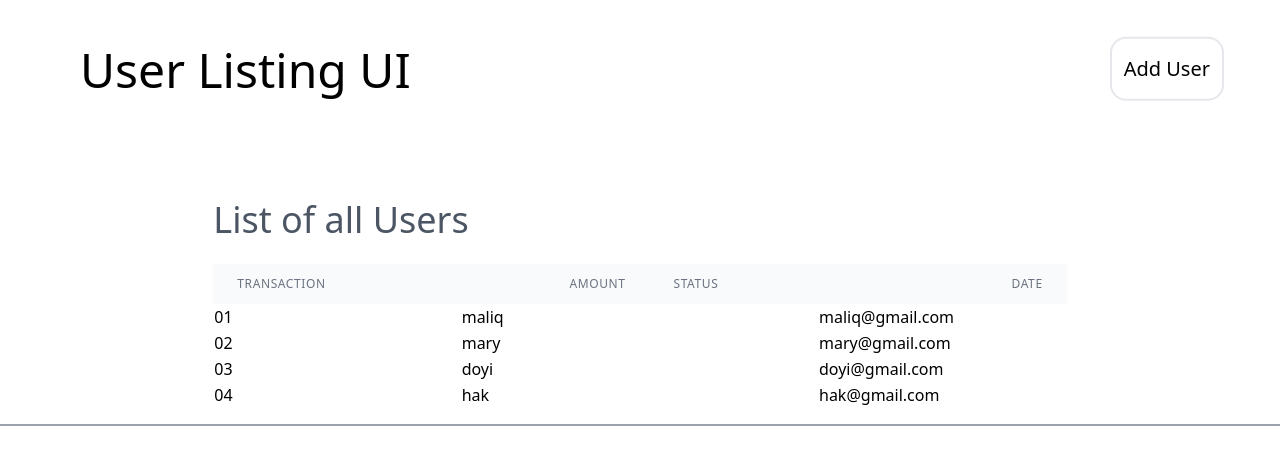
Repository: Marlstergo/listings
Page: / (app in client/)
An editor plug-in stored every save of this project. The page is shown before and after the next save, followed by the edit.
The browser window is 1280 px wide. The pictures show the whole page.
The project was rebuilt for these pictures with package versions that can differ from the ones it lists, and the page was loaded fresh each time. Also part of the build but not shown: client/craco.config.js, client/src/components/Loader.js, client/src/components/Order.js, client/src/components/Modal.js. Imported but missing from the stored project, and not drawn on this page: client/src/components/Base, client/src/components/Toppings.

Above is the page before, as saved 2021-07-21 09:35:39.

### client/src/index.js
/* eslint-disable no-unused-vars */
import React from "react";
import ReactDOM from "react-dom";
import "./index.css";
import App from "./App";
import reportWebVitals from "./reportWebVitals";
import { BrowserRouter } from "react-router-dom";
import { Provider } from "react-redux";
import { store } from "./redux/store";
import { PersistGate } from "redux-persist/integration/react";
import { persistor } from "./redux/store";

ReactDOM.render(
  <React.StrictMode>
    <Provider store={store}>
      <BrowserRouter>
        <PersistGate persistor={persistor}>
          <App />
        </PersistGate>
      </BrowserRouter>
    </Provider>
  </React.StrictMode>,
  document.getElementById("root")
);

// If you want to start measuring performance in your app, pass a function
// to log results (for example: reportWebVitals(console.log))
// or send to an analytics endpoint. Learn more: https://bit.ly/CRA-vitals
reportWebVitals();

### client/src/App.js
import React, { useState } from 'react';
import { Route, Switch, useLocation } from "react-router-dom";
import Header from './components/Header';
import Home from './components/Home';
import Base from './components/Base';
import Toppings from './components/Toppings';
import Order from './components/Order';
import Modal from './components/Modal';
import { AnimatePresence } from 'framer-motion';

function App() {
  const location = useLocation();
  const showModal = true;

  return (
    <>
      <Header />
      {/* <Modal showModal={showModal} /> */}
      <AnimatePresence exitBeforeEnter>
        <Switch location={location} key={location.key}>
          <Route path="/">
            <Home />
          </Route>
          <Route path="/createUpdateUser">
            <Toppings />
          </Route>
          <Route path="/order">
            <Order />
          </Route>
          <Route path="/">
            <Home />
          </Route>
        </Switch>
      </AnimatePresence>

    </>
  );
}

export default App;

### client/src/redux/store.js
import { createStore, applyMiddleware } from "redux";
import { logger } from 'redux-logger';
import {persistStore} from 'redux-persist';
// import thunk from 'redux-thunk'
import createSagaMiddleware from 'redux-saga'

import rootSaga from './root-sagas'

import rootReducer from './root-reducer';

const sagaMiddleware = createSagaMiddleware()

const middleware = [sagaMiddleware];

if( process.env.NODE_ENV === 'development'){
    middleware.push(logger)
}

export const store = createStore(rootReducer, applyMiddleware(...middleware))

sagaMiddleware.run(rootSaga)

export const persistor = persistStore(store)

export default (store, persistor);

### client/src/components/Header.js
import React from "react";
import { motion } from "framer-motion";

const svgVariants = {
  hidden: { rotate: -180 },
  visible: {
    rotate: 0,
    transition: { duration: 1 },
  },
};

const pathVariants = {
  hidden: {
    opacity: 0,
    pathLength: 0,
  },
  visible: {
    opacity: 1,
    pathLength: 1,
    transition: {
      duration: 2,
      ease: "easeInOut",
    },
  },
};

const buttonVariants = {
  show: {
    y: [0, -20],
    x: 0,
    textShadow: "0px 0px 8px rgb(255,255,255)",
    boxShadow: "0px 0px 8px rgb(255,255,255)",
    transition: {
      duration: 0.3,
      yoyo: Infinity,
      ease: 'easeOut'
    },
  },
};

const Header = () => {
  return (
    <header className="flex p-14 w-screen justify-between  items-center">
      {/* <motion.div
        className="logo"
        drag
        dragConstraints={{ left: 0, top: 0, right: 0, bottom: 0 }}
        dragElastic={0.7}
      >

      </motion.div> */}
      <motion.div
        className=" flex justify-between w-full ml-6 text-xs"
        initial={{ y: -250 }}
        animate={{ y: -10 }}
        transition={{ delay: 0.2, type: "spring", stiffness: 120 }}
      >
        <h1 className=" pb-4 text-5xl">User Listing UI</h1>
        <motion.button variants={buttonVariants} whileHover="hover"
        animate="show"
        className="text-xl border-2 px-3 rounded-2xl"
        >
          Add User
        </motion.button>
      </motion.div>
    </header>
  );
};

export default Header;

### client/src/components/Home.js
import React from "react";
import { Link } from "react-router-dom";
import { motion } from "framer-motion";
import Loader from "./Loader";
import UserRow from "./UserRow";



const containerVariants = {
  hidden: {
    opacity: 0,
  },
  visible: {
    opacity: 1,
    transition: { delay: 1.5, duration: 1.5 },
  },
  exit: {
    x: "-100vh",
    transition: { ease: "easeInOut" },
  },
};
const buttonVariants = {
  hover: {
    scale: 1.1,
    textShadow: "0px 0px 8px rgb(255,255,255)",
    boxShadow: "0px 0px 8px rgb(255,255,255)",
    transition: {
      duration: 0.3,
      yoyo: Infinity
    }
  }
}
const users = [
  {
    id: '01',
    name: "maliq",
    email: "maliq@gmail.com",
    phone: '08032494874'
  },
  {
    id: '02',
    name: "mary",
    email: "mary@gmail.com",
    phone: '08032494874'
  },
  {
    id: '03',
    name: "doyi",
    email: "doyi@gmail.com",
    phone: '08032494874'
  },
  {
    id: '04',
    name: "hak",
    email: "hak@gmail.com",
    phone: '08032494874'
  },
];
const Home = () => {
  return (
    <motion.div
      className="  pb-4 mb-4 border-b-2 border-gray-400 flex flex-col items-center"
      variants={containerVariants}
      initial="hidden"
      animate="visible"
      exit="exit"
    >
      <div className="w-2/3 ">
        <h1 className="text-gray-600 py-6 text-4xl">List of all Users</h1>

        <table className="min-w-full divide-y divide-gray-200">
          <thead>
            <tr>
              <th className="px-6 py-3 bg-gray-50 text-left text-xs font-medium text-gray-500 uppercase tracking-wider">
                Transaction
              </th>
              <th className="px-6 py-3 bg-gray-50 text-right text-xs font-medium text-gray-500 uppercase tracking-wider">
                Amount
              </th>
              <th className=" px-6 py-3 bg-gray-50 text-left text-xs font-medium text-gray-500 uppercase tracking-wider">
                Status
              </th>
              <th className="px-6 py-3 bg-gray-50 text-right text-xs font-medium text-gray-500 uppercase tracking-wider">
                Date
              </th>
            </tr>
            {
              users.map((user) =>(
                <UserRow name={user.name} id={user.id} email={user.email} number={user.phone} />
              ))
            }
          </thead>
        </table>
      </div>
    </motion.div>
  );
};

export default Home;

### client/src/redux/root-sagas.js
import {all, call} from 'redux-saga/effects'
import {userSagas} from './user/user.sagas'


export default function* rootSaga(){
    yield all([
        call(userSagas),
    ])
}

### client/src/redux/root-reducer.js
import {combineReducers} from 'redux'
import userReducer from './user/user.reducer'
// import cartReducer from './cart/cart.reducer'
import {persistReducer} from 'redux-persist'
import storage from 'redux-persist/lib/storage'
// import directoryReducer from './directory/directory.reducer'
// import shopReducer from './shop/shop.reducer'

const persistConfig ={
    key: 'root',
    storage,
    whitelist: ['' ]
}
const rootReducer = combineReducers({
    user: userReducer,

})
export default persistReducer(persistConfig, rootReducer)

### client/src/components/UserRow.jsx
import React from "react";

const UserRow = ({id, name, phone, email}) => {
  console.log(phone)
  return (
    <tr>
      <td>{id}</td>
      <td>{name}</td>
      <td>{phone}</td>
      <td>{email}</td>
    </tr>
  );
};

export default UserRow;

### client/src/redux/user/user.sagas.js
import { all, call, put, takeLatest } from "redux-saga/effects";

import UserActionTypes from "./user.types";
import { loadUserDetail } from "./user.action";
// import axios from "axios";
// import { getUserDetailsURL } from "../../components/stringConstants";

export function* getDetails() {
  yield console.log("i fired");

  // try {
  //   console.log("inside try");

  //   const res = yield axios.get(getUserDetailsURL);
  //   const data = yield res.data;
  //   console.log(res);
  //   yield put(loadUserDetail(data ? data.data[0] : {}));
  // } catch (err) {
  //   console.log(err.response);
  //   if (err.response && err.response.statusText === "Not Found") {
  //     // console.log("");
  //     window.location.href = "/profile/settings?newUser=0837";
  //   }
  // }
}

export function* getUserDetails() {
  yield takeLatest(UserActionTypes.GET_USER_DETAIL, getDetails);
}
// export function* loadUserDetails(){
//     yield takeLatest(UserActionTypes.LOAD_USER_DETAIL, loadDetails)
// }

export function* userSagas() {
  yield all([call(getUserDetails)]);
}

### client/src/redux/user/user.reducer.js
import UserActionTypes from "./user.types";
const INITIAL_STATE = {
  // currentUser: null,
  userDetail: {},
  demo: 'i am demo',
  location: null

};
const userReducer = (state = INITIAL_STATE, action) => {
  switch (action.type) {

    case UserActionTypes.LOAD_USER_DETAIL:
      return {
        ...state,
        userDetail: action.payload,
      };

    case UserActionTypes.COLLECT_GEOLOCATION:
      return {
        ...state,
        location: action.payload
      }
    default:
      return state;
  }
};

export default userReducer;

### client/src/redux/user/user.types.js
const UserActionTypes ={
    GOOGLE_SIGN_IN_START : 'GOOGLE_SIGN_IN_START',
    SIGN_IN_SUCCESS : 'SIGN_IN_SUCCESS',
    SIGN_IN_FAILURE : 'SIGN_IN_FAILURE',
    GET_USER_DETAIL: 'GET_USER_DETAIL',
    LOAD_USER_DETAIL: 'LOAD_USER_DETAIL',
    COLLECT_GEOLOCATION: 'COLLECT_GEOLOCATION',
    FETCH_GEOLOCATION: 'FETCH_GEOLOCATION'
}
export default UserActionTypes;

### client/src/redux/user/user.action.js
import UserActionTypes from './user.types'



// export const googleSignInStart = () => ({
//     type: UserActionTypes.GOOGLE_SIGN_IN_START
// })

// export const signInSuccess = (user) => ({
//     type: UserActionTypes.SIGN_IN_SUCCESS,
//     payload: user
// })

export const getUserDetail = () => ({
    type: UserActionTypes.GET_USER_DETAIL,

})
export const loadUserDetail = (details) => ({
    type: UserActionTypes.LOAD_USER_DETAIL,
    payload: details
})

export const fetchGeoloction = () => ({
    type: UserActionTypes.FETCH_GEOLOCATION
})
export const collectGeolocation = (location) => ({
    type: UserActionTypes.COLLECT_GEOLOCATION,
    payload: location
})
// })

### client/tailwind.config.js
  // tailwind.config.js
  module.exports = {
    // mode:'jit',
    purge: ['./src/**/*.{js,jsx,ts,tsx}', './public/index.html'],
     darkMode: false, // or 'media' or 'class'
     theme: {
       extend: {},
     },
     variants: {
       extend: {},
     },
     plugins: [],
   }

Loaded but not shown: client/public/index.html (common file); client/src/index.css (common file); client/src/reportWebVitals.js (common file)

After the next save:
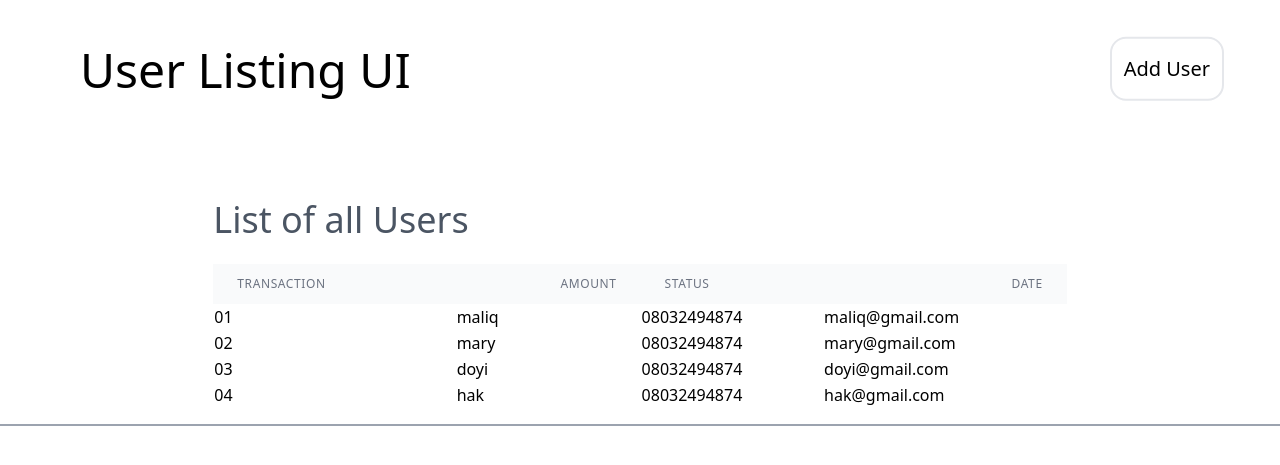
Saved 21 s later.
--- a/client/src/components/Home.js
+++ b/client/src/components/Home.js
@@ -86,7 +86,7 @@ const Home = () => {
             </tr>
             {
               users.map((user) =>(
-                <UserRow name={user.name} id={user.id} email={user.email} number={user.phone} />
+                <UserRow name={user.name} id={user.id} email={user.email} phone={user.phone} />
               ))
             }
           </thead>
